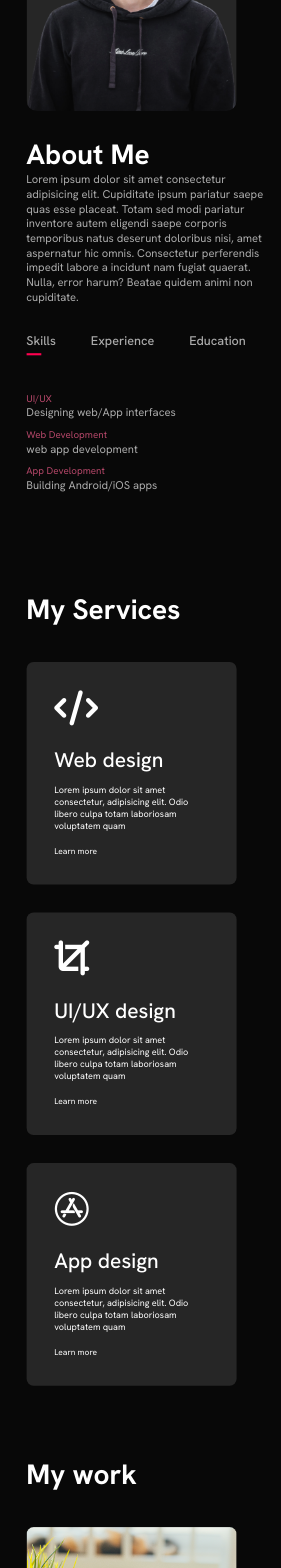
Repository: devsajid/Portfolio-website-with-HTML-CSS-JS
Page: index.html
These files come from the project's save history. The page is drawn as it stood at one moment and after a run of saves; the edit follows.
The browser window is 375 px wide. The page is 401 px wide, so the pictures cover 401 px, including what lies to the right of the window. The pictures show the part of the page from y = 1121 to 3361 px (the page is 5806 px tall before and 5725 px after), at 70% of full size.

Above is the page before, as saved 2022-12-28 21:53:37.

After the next 2 saves:
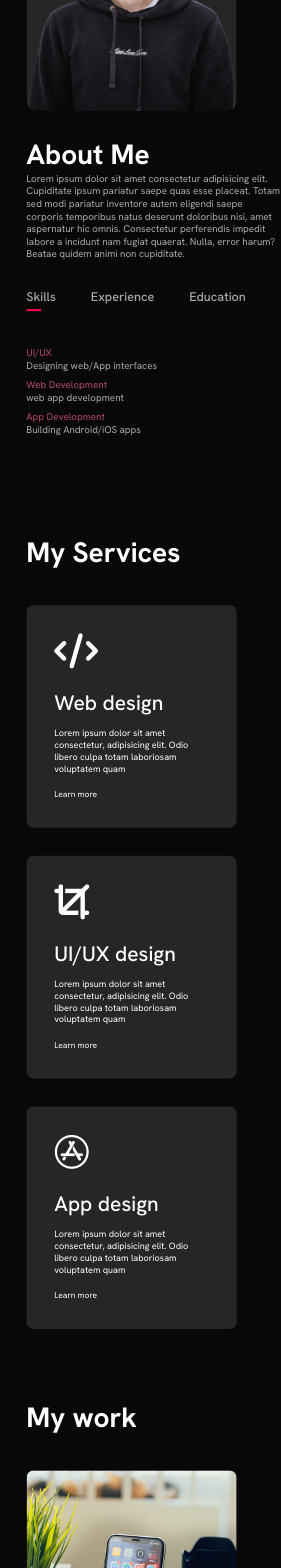
The 2 saves are shown as one change because they came seconds apart.
The last was saved 6 s later.
--- a/style.css
+++ b/style.css
@@ -376,6 +376,6 @@ nav .fas {
     margin-bottom: 30px;
   }
   .about-col-2 {
-    font-size: ;
-  }
-}
+    font-size: 14px;
+  }
+}
